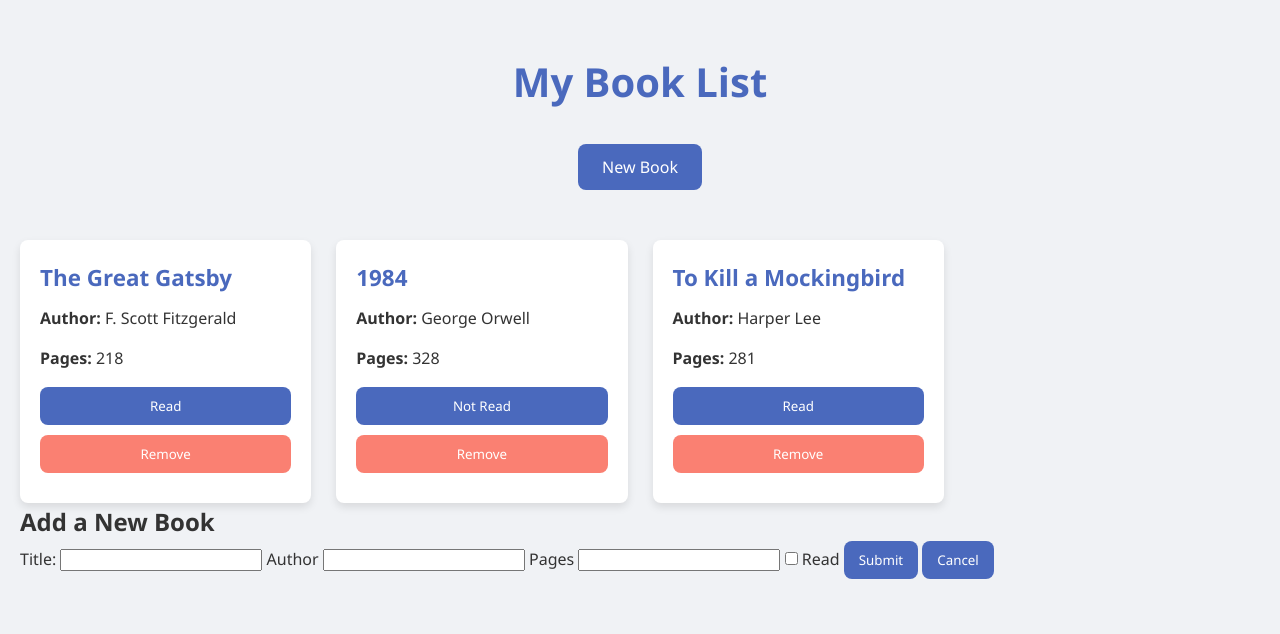
Repository: gkintu/odin-book-library
Page: index.html
The author's editor kept a copy of each file at every save. The page is drawn from the files as they stood at one save, then again after the next save.
The browser window is 1280 px wide. The pictures show the whole page.

Above is the page before, as saved 2025-03-11 14:37:29.

### index.html
<!DOCTYPE html>
<html lang="en">
<head>
    <meta charset="UTF-8">
    <meta name="viewport" content="width=device-width, initial-scale=1.0">
    <link rel="stylesheet" href="style.css">
    <title>Book Library App</title>
</head>
<body>
    <h1>My Book List</h1>
    <button id="new-book-btn" class="btn">New Book</button>

    <!-- Display container for books -->
    <div id="library"></div>

    <!-- Modal form for user to add a new book-->
     <div id="modal-book-container">
        <form id="book-form">
            <h2>Add a New Book</h2>
            <label for="title">Title:</label>
            <input type="text" id="title" name="title" required>

            <label for="author">Author</label>
            <input type="text" id="author" name="author" required>

            <label for="pages">Pages</label>
            <input type="number" id="pages" name="pages" required>

            <label>
                <input type="checkbox" id="read" name="read" />
                Read
              </label>

            <button type="submit" class="btn">Submit</button>
            <button type="button" id="cancel-btn" class="btn">Cancel</button>
        </form>
     </div>

     <script src="script.js"></script>
</body>

</html>

### style.css
:root {
    --primary-color: #4a69bd;
    --secondary-color: #3d5a8c;
    --text-color: #333;
    --light-color: #f5f6fa;
    --shadow: 0 4px 8px rgba(0, 0, 0, 0.1);

    --border-radius: 8px;
    --transition: all 0.2s ease;
}

* {
    margin: 0;
    padding: 0;
    box-sizing: border-box;
    font-family: 'Segoe UI', Tahoma, Geneva, Verdana, sans-serif;
}

body {
    background-color: #f0f2f5;
    color: var(--text-color);
    line-height: 1.6;
    padding: 20px;
    margin: 0 auto;
}

h1 {
    text-align: center;
    margin: 30px 0;
    color: var(--primary-color);
    font-size: 2.5rem;
}

.btn {
    background-color: var(--primary-color);
    color: #fff;
    border:none;
    padding: 10px 15px;
    border-radius: var(--border-radius);
    cursor: pointer;
    transition: var(--transition);
}

.btn:hover {
    background-color: var(--secondary-color);
    transform: translateY(-1px);
}

#new-book-btn {
    display: block;
    margin: 0 auto 50px;
    font-size: 1rem;
    padding: 12px 24px;
}

#library {
    display:grid;
    grid-template-columns: repeat(auto-fill, minmax(250px, 1fr));
    gap: 25px;
}

.book-card {
    background-color: #fff;
    border-radius: var(--border-radius);
    padding: 20px;
    box-shadow: var(--shadow);
    display: flex;
    flex-direction: column;
    transition: var(--transition);
}

.book-card:hover {

  transform: translateY(-0.5px);
    box-shadow: 0 8px 16px rgba(0, 0, 0, 0.15);
}

.book-card h3 {
    color: var(--primary-color);
    margin-bottom: 10px;
    font-size: 1.4rem;
}

.book-card p {
    margin-bottom: 15px;
}

.book-card .btn {
    margin-bottom: 10px;
}

.remove-btn {
    background-color:  #fa8072
}

.remove-btn:hover {
    background-color: #ec8181;
}

### script.js
// storing all the added books
const myLibrary = [];

// Object Constructor for the books

function Book(title, author, pages, read) {
  this.id = crypto.randomUUID();
  this.title = title;
  this.author = author;
  this.pages = pages;
  this.read = read;
}

// update myLibrary array and display the library cards
function addBookToLibrary(title, author, pages, read) {
  const book = new Book(title, author, pages, read);
  myLibrary.push(book);
  displayBook();
}

//function to display the books for the user

function displayBook() {
  const libraryDiv = document.getElementById("library");
  libraryDiv.innerHTML = ""; //Clear container for each update

  myLibrary.forEach((book) => {
    const card = document.createElement("div");
    card.classList.add("book-card");
    card.dataset.id = book.id;

    card.innerHTML = `
    <h3>${book.title}</h3>
    <p><strong>Author:</strong> ${book.author}</p>
    <p><strong>Pages:</strong> ${book.pages}</p>
        <button class="btn toggle-btn" data-id="${book.id}"> ${
      book.read ? "Read" : "Not Read"
    }</button>
    <button class="btn remove-btn" data-id="${book.id}">Remove</button>

   `;

    libraryDiv.appendChild(card);
  });
}

//Function to remove book from myLibrary Array based on its book.id
function removeBook(id) {
  const index = myLibrary.findIndex((book) => book.id === id);
  if (index !== -1) {
    myLibrary.splice(index, 1);
  }
}

//Function to toggle Read button from Read to Not Read
function toggleReadStatus(id) {
  const book = myLibrary.find((book) => book.id === id);
  if (book) {
    book.read = !book.read;
    displayBook();
  }
}

// --- Event Listeners ---

// Activate form modal when new book button is clicked
document.getElementById("new-book-btn").addEventListener("click", () => {
  document.getElementById("modal-book-container").style.display = "flex";
});

// Get form submission from user
document.getElementById("book-form").addEventListener("submit", (event) => {
  event.preventDefault();
  const title = document.getElementById("title").value;
  const author = document.getElementById("author").value;
  const pages = document.getElementById("pages").value;
  const read = document.getElementById("read").checked;

  addBookToLibrary(title, author, pages, read);

  //After book card is added, hide and reset the modal
  event.target.reset();
  document.getElementById("modal-book-container").style.display = "none";
});

// Cancel button to hide the modal
document.getElementById("cancel-btn").addEventListener("click", () => {
  document.getElementById("modal-book-container").style.display = "none";
});

//update book card based on remove or toggle button
document.getElementById("library").addEventListener("click", (event) => {
  const id = event.target.dataset.id;

  if (event.target.classList.contains("toggle-btn")) {
    toggleReadStatus(id)
  } else if (event.target.classList.contains("remove-btn")) {
    removeBook(id);
    displayBook();
  }
});

addBookToLibrary('The Great Gatsby', 'F. Scott Fitzgerald', 218, true);
addBookToLibrary('1984', 'George Orwell', 328, false);
addBookToLibrary('To Kill a Mockingbird', 'Harper Lee', 281, true);

After the next save:
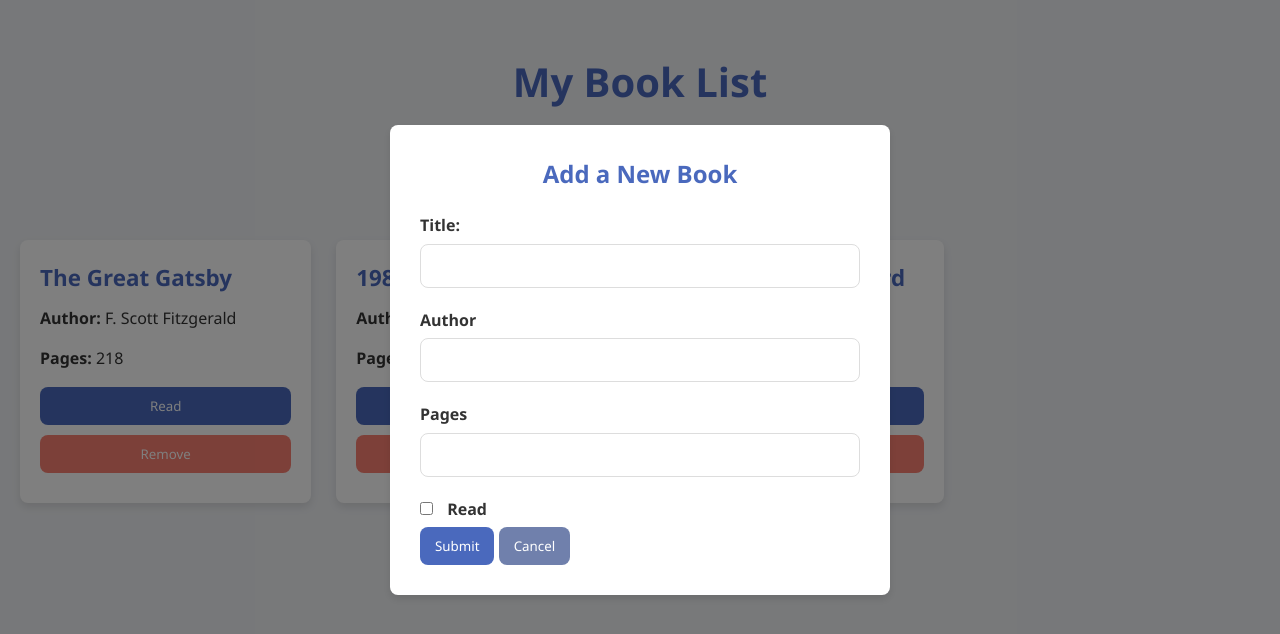
Saved 23 min 25 s later.
--- a/style.css
+++ b/style.css
@@ -96,3 +96,55 @@ h1 {
 .remove-btn:hover {
     background-color: #ec8181;
 }
+
+#modal-book-container {
+    position:fixed;
+    top: 0;
+    left: 0;
+    width: 100vw;
+    height: 100vh;
+    background-color: rgba(0, 0, 0, 0.5);
+    display: flex;
+    justify-content: center;
+    align-items: center;
+    z-index: 1000;
+}
+
+#book-form {
+    background-color: #fff;
+    padding: 30px;
+    border-radius: var(--border-radius);
+    width: 90%;
+    max-width: 500px;
+    box-shadow: var(--shadow);
+}
+
+#book-form h2 {
+    margin-bottom: 20px;
+    color:var(--primary-color);
+    text-align: center;
+}
+
+#book-form label {
+    display: block;
+    margin-bottom: 5px;
+   font-weight: 600;
+}
+
+#book-form input[type="text"],
+#book-form input[type="number"] {
+    width: 100%;
+    padding: 10px;
+    margin-bottom: 20px;
+    border: 1px solid #ddd;
+    border-radius: var(--border-radius);
+    font-size: 1rem;
+}
+
+#book-form input[type="checkbox"] {
+    margin-right: 10px;
+}
+
+#cancel-btn {
+    background-color: #7080ac;
+}
